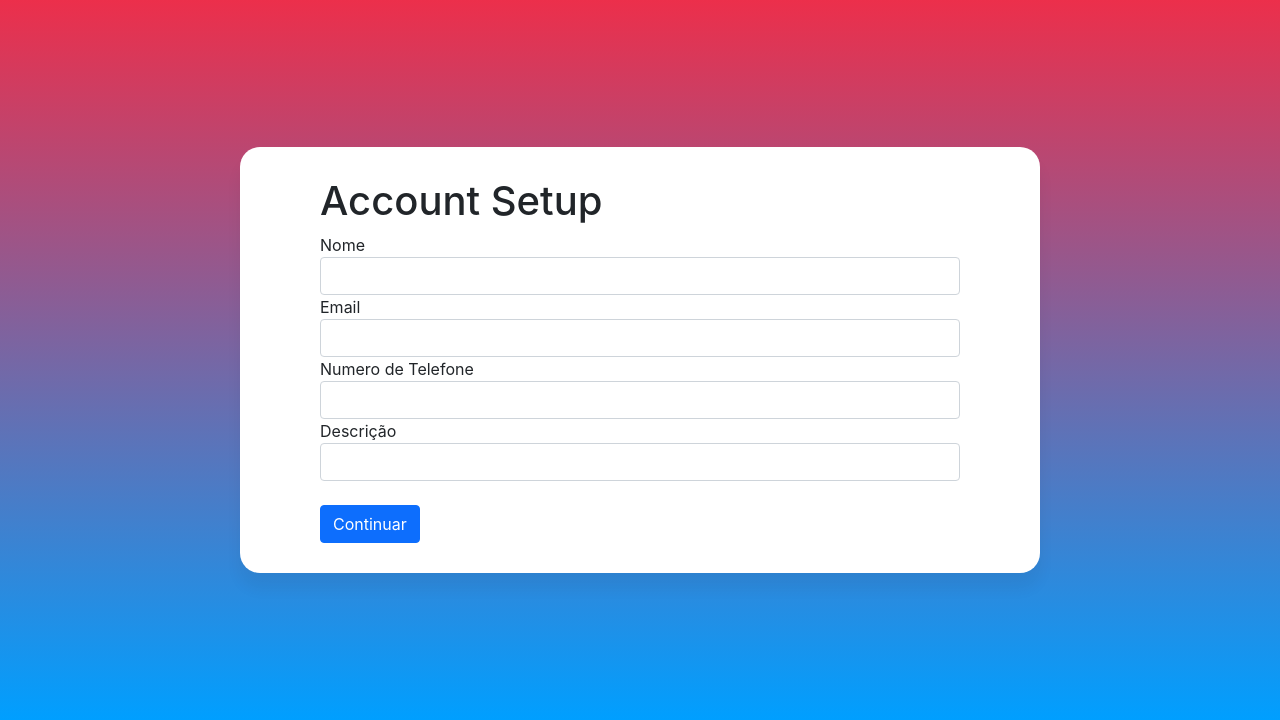
Repository: DeanLemosXD/ReactJS-3steps-form
Page: /
These files come from the project's save history. The page is drawn as it stood at one moment and after the next save; the edit follows.
The browser window is 1280 px wide. The pictures show the whole page.
The project was rebuilt for these pictures with package versions that can differ from the ones it lists, and the page was loaded fresh each time. Imported but missing from the stored project, and not drawn on this page: src/components/Confirm, src/components/OtherData.

Above is the page before, as saved 2021-10-26 17:03:47.

### src/App.js
import React from 'react';
import './App.css';
import Form from './components/Form.js';

function App() {
  return (
    <div className="App">
      <div className="container">
     <Form />
      </div>

    </div>
  );
}

export default App;

### src/App.css
.App {
  display: flex;
  justify-content: center;
  align-items: center;
  flex-direction: column;
  height: 100vh;
  background: #009FFF;  /* fallback for old browsers */
  background: -webkit-linear-gradient(to bottom, #ec2F4B, #009FFF);  /* Chrome 10-25, Safari 5.1-6 */
  background: linear-gradient(to bottom, #ec2F4B, #009FFF); /* W3C, IE 10+/ Edge, Firefox 16+, Chrome 26+, Opera 12+, Safari 7+ */





}

.form-container {
  font-family: -apple-system, BlinkMacSystemFont, 'Segoe UI', Roboto, Oxygen, Ubuntu, Cantarell, 'Open Sans', 'Helvetica Neue', sans-serif;
  background: #fff;
  border-radius: 20px;
  padding: 30px 80px;
  max-width: 800px;
  margin: 0 auto;
  box-shadow: 0 15px 16px .17px rgba(0,0,0,0.05);
}

### src/components/Form.js
import React, { Component } from 'react'
import AccountSetup from './AccountSetup';
import OtherData from './OtherData';
import Confirm from './Confirm';

export class form extends Component {
    state = {
        step: 1,
        name: '',
        email: '',
        phone: '',
        description: '',
        workplace: '',
        DOC: '',
        linkedin: '',

    };

    nextStep = () => {
        const { step } = this.state;
        this.setState({step: step + 1});
    };

    prevStep = () => {
        const { step } = this.state;
        this.setState({step: step - 1});
    }

    inputChange = input => e => {
        this.setState({
            [input]: e.target.value
        })
    };

    render() {
        const { step } = this.state;
        const { name, email, phone, description, workplace, DOC, linkedin } = this.state;
        const values = { name, email, phone, description, workplace, DOC, linkedin };

        // eslint-disable-next-line default-case
        switch(step) {
            case 1:
                return (
                    <AccountSetup
                    nextStep={this.nextStep}
                    inputChange={this.inputChange}
                    values={values}
                    />
                );
                case 2:
                    return (
                        <OtherData
                        nextStep={this.nextStep}
                        prevStep={this.prevStep}
                        inputChange={this.inputChange}
                        values={values}
                         />
                    );
                    case 3:
                        return (
                            <Confirm
                            nextStep={this.nextStep}
                            prevStep={this.prevStep}
                            inputChange={this.inputChange}
                            values={values}
                            />
                        );
        }
    }
}

export default form

### src/components/AccountSetup.js
import React, { Component } from 'react'

export class AccountSetup extends Component {
    continue = e => {
        e.preventDefault();
        this.props.nextStep();
    }
    render() {
        const { values, inputChange } = this.props;

        return (
            <div className="form-container">
                <h1>Account Setup</h1>
                <div className="form-group">
                    <label htmlFor="name">Nome</label>
                    <input type="text" className="form-control" name="name" onChange={inputChange('name')} value={values.name} />
                </div>
                <div className="form-group">
                    <label htmlFor="email">Email</label>
                    <input type="text" className="form-control" name="email" onChange={inputChange('email')} value={values.email} />
                </div>
                <div className="form-group">
                    <label htmlFor="phone">Numero de Telefone</label>
                    <input type="text" className="form-control" name="phone" onChange={inputChange('phone')} value={values.phone} />
                </div>
                <div className="form-group">
                    <label htmlFor="description">Descrição</label>
                    <input type="text" className="form-control" name="description" onChange={inputChange('description')} value={values.description} />
                </div>

                <br />

            <div className="text-right">
                <button className="btn btn-primary" onClick={this.continue}>Continuar</button>
            </div>
            </div>
        )
    }
}

export default AccountSetup

Loaded but not shown: public/index.html (common file); src/index.js (common file); src/index.css (common file); src/reportWebVitals.js (common file)

After the next save:
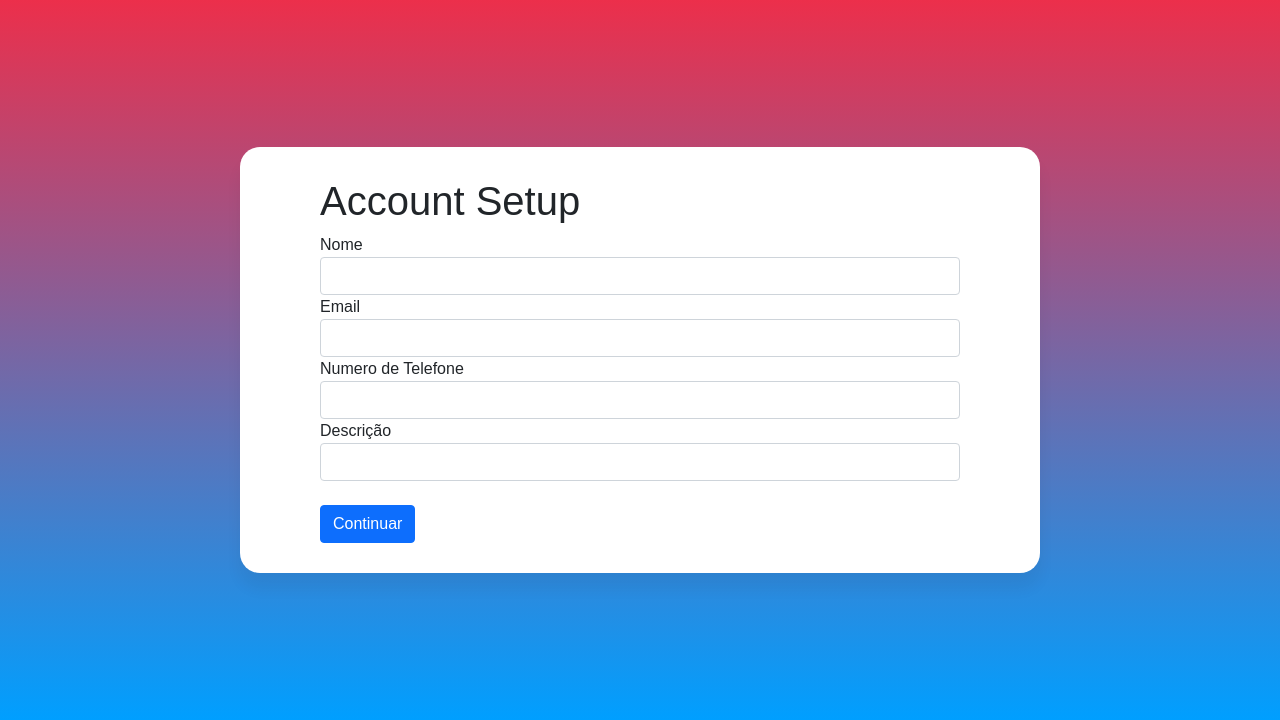
Saved 15 s later.
--- a/src/App.css
+++ b/src/App.css
@@ -15,7 +15,7 @@
 }
 
 .form-container {
-  font-family: -apple-system, BlinkMacSystemFont, 'Segoe UI', Roboto, Oxygen, Ubuntu, Cantarell, 'Open Sans', 'Helvetica Neue', sans-serif;
+  font-family: Arial, Helvetica, sans-serif;
   background: #fff;
   border-radius: 20px;
   padding: 30px 80px;
